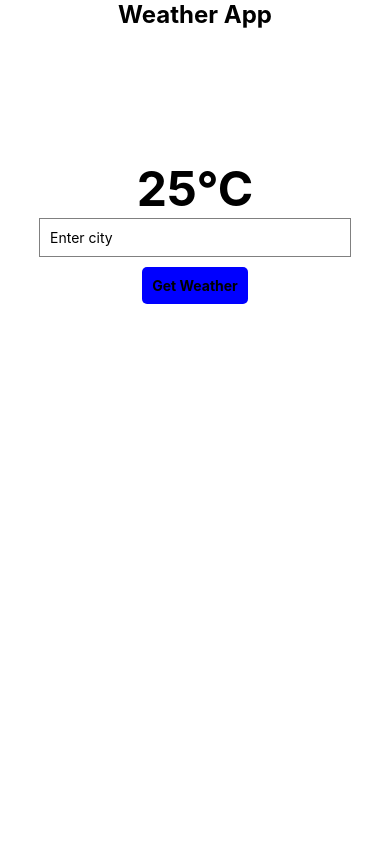
Repository: vanh1604/ExerciseReactNative
Screen: /
An editor plug-in stored every save of this project. The screen is shown before and after the next save, followed by the edit.
The app was drawn by React Native's web renderer in a window 390 px wide. The project was rebuilt for these pictures with package versions that can differ from the ones it lists, and the page was loaded fresh each time. Also part of the build but not shown: components/LessonDesign.js, components/Caption.js.

Above is the screen before, as saved 2023-08-27 15:22:40.

### App.js
import { StatusBar } from "expo-status-bar";
import { SafeAreaView, StyleSheet, Text, View } from "react-native";
import LessonDesign from "./components/LessonDesign";
import Caption from "./components/Caption";
import WeatherApp from "./components/WeatherApp";
export default function App() {
  return (
    <SafeAreaView>
      {/* <LessonDesign /> */}

      <WeatherApp />
    </SafeAreaView>
  );
}

const styles = StyleSheet.create({});

### components/WeatherApp.js
import React from "react";
import {
  View,
  Text,
  TextInput,
  Image,
  TouchableOpacity,
  StyleSheet,
} from "react-native";

const WeatherApp = () => {
  return (
    <View style={styles.container}>
      <Text style={styles.header}>Weather App</Text>
      <Image
        // source={require("./weather-icon.png")}
        style={styles.weatherIcon}
      />
      <Text style={styles.temperature}>25°C</Text>
      <TextInput placeholder="Enter city" style={styles.input} />
      <TouchableOpacity style={styles.button}>
        <Text style={styles.buttonText}>Get Weather</Text>
      </TouchableOpacity>
    </View>
  );
};

const styles = StyleSheet.create({
  container: {
    flex: 1,
    alignItems: "center",
    justifyContent: "center",
  },
  header: {
    fontSize: 24,
    fontWeight: "bold",
    marginBottom: 20,
  },
  weatherIcon: {
    width: 100,
    height: 100,
    marginBottom: 10,
  },
  temperature: {
    fontSize: 48,
    fontWeight: "bold",
  },
  input: {
    borderWidth: 1,
    borderColor: "gray",
    padding: 10,
    width: "80%",
    marginBottom: 10,
    color: "black",
  },
  button: {
    backgroundColor: "blue",
    padding: 10,
    borderRadius: 5,
  },
  buttonText: {
    color: "black",
    fontWeight: "bold",
  },
});

export default WeatherApp;

After the next save:
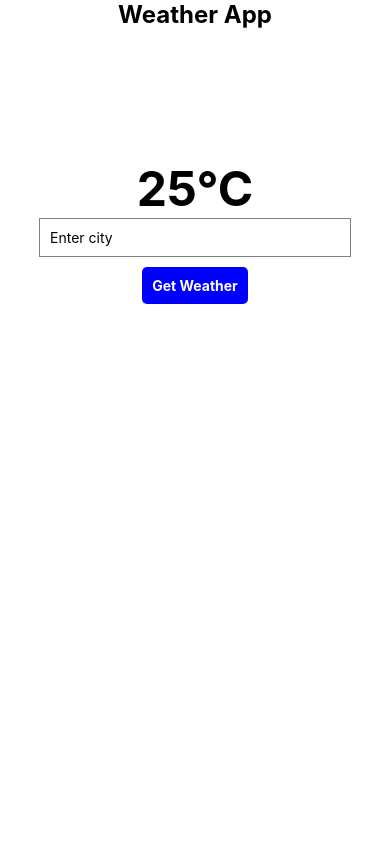
Saved 27 s later.
--- a/components/WeatherApp.js
+++ b/components/WeatherApp.js
@@ -59,7 +59,7 @@ const styles = StyleSheet.create({
     borderRadius: 5,
   },
   buttonText: {
-    color: "black",
+    color: "white",
     fontWeight: "bold",
   },
 });
